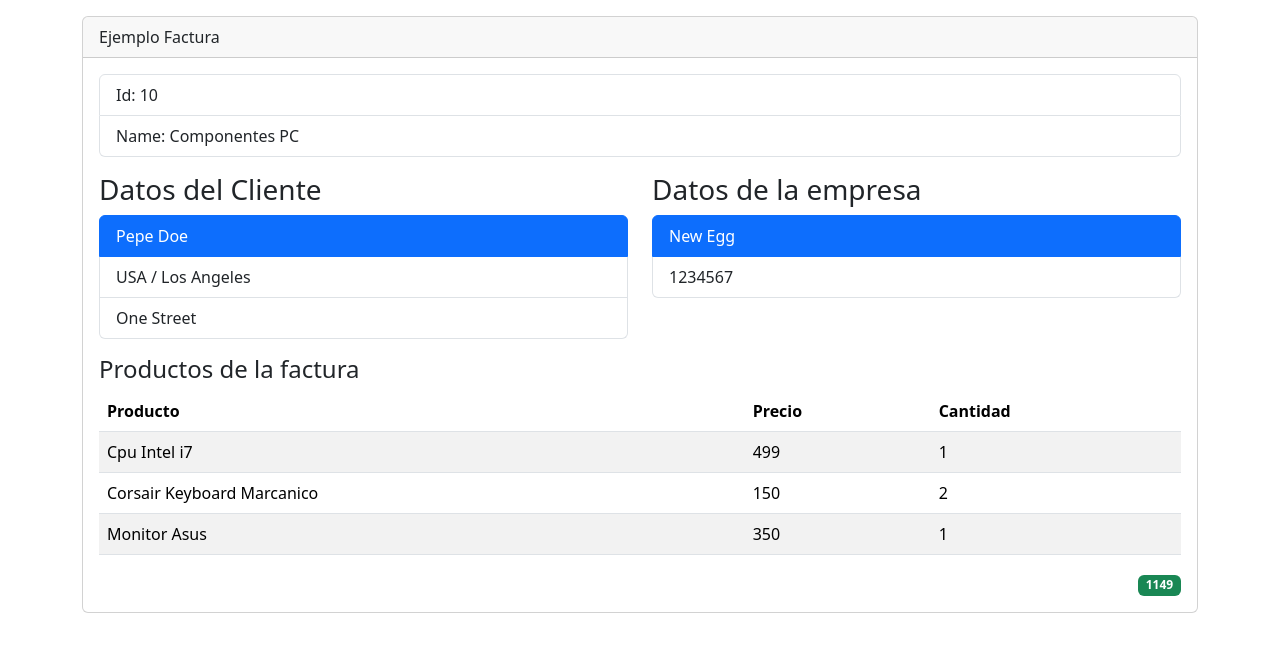
Repository: bryanesteban/4-invoice-app
Page: /
These files come from the project's save history. The page is drawn as it stood at one moment and after the next save; the edit follows.
The browser window is 1280 px wide. The pictures show the whole page.
The project was rebuilt for these pictures with package versions that can differ from the ones it lists, and the page was loaded fresh each time. Also part of the build but not shown: vite.config.js.

Above is the page before, as saved 2023-11-13 17:07:44.

After the next save:
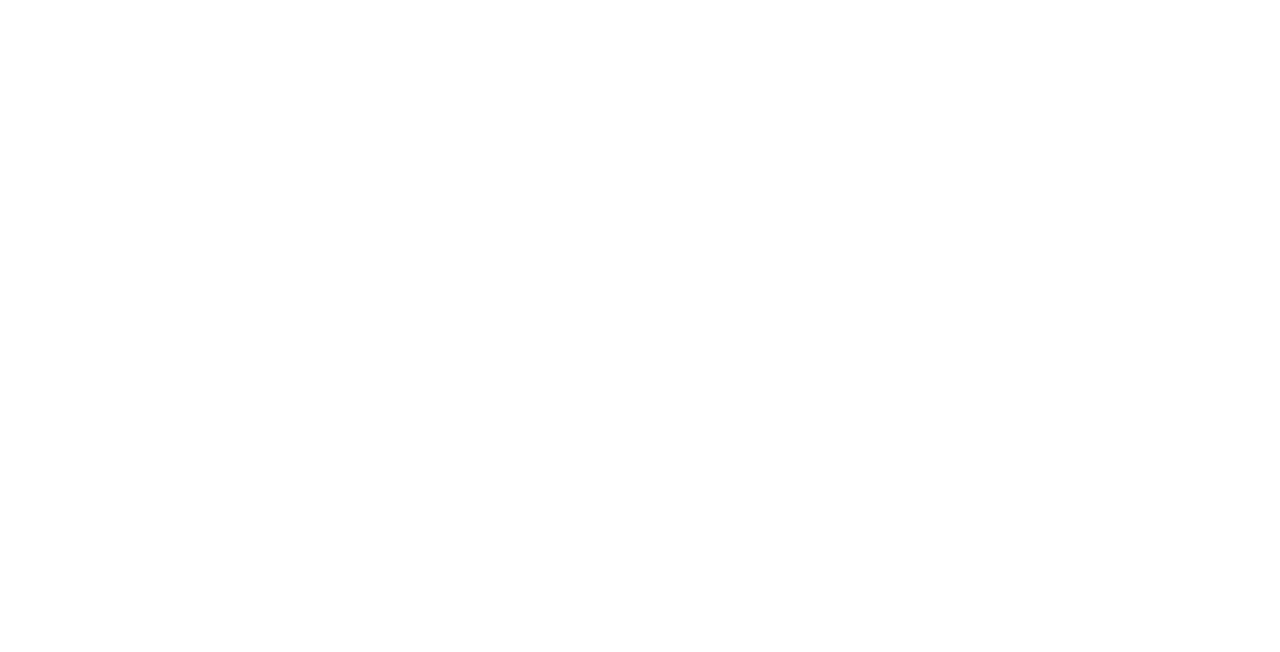
Console error: ReferenceError: total is not defined
Saved 107 s later.
--- a/src/services/getInvoice.js
+++ b/src/services/getInvoice.js
@@ -4,11 +4,11 @@
 
     //console.log(invoice);
 
-    let total = 0;
+    /*let total = 0;
     invoice.items.forEach( items =>{
         total =total + items.price * items.quantity;
 
-    });
+    });*/
 
     return {...invoice,total};
 }

After the 4 saves that followed:
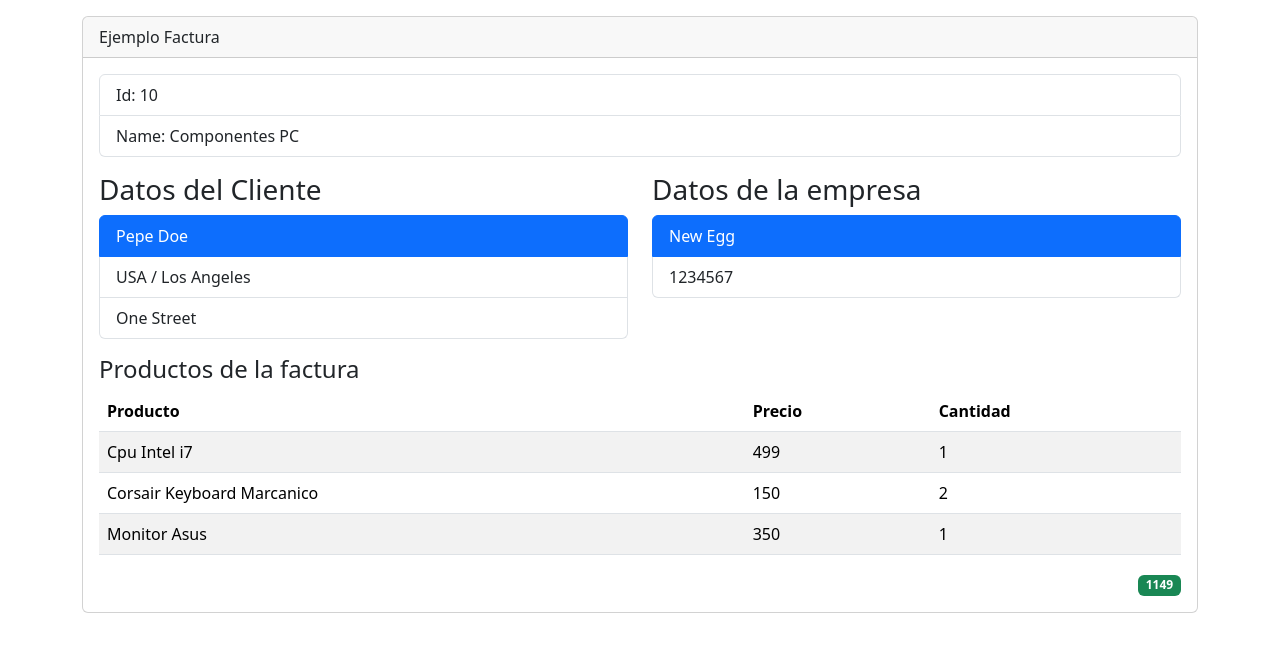
The error is gone.
The 4 saves are shown as one change because 3 left the picture as it was.
The last was saved 5 min 19 s later.
--- a/src/services/getInvoice.js
+++ b/src/services/getInvoice.js
@@ -10,5 +10,9 @@
 
     });*/
 
+    const total = invoice.items
+        .map( item => item.price * item.quantity)
+        .reduce((accumulator,currentValue) => accumulator + currentValue, 0)
+
     return {...invoice,total};
 }
